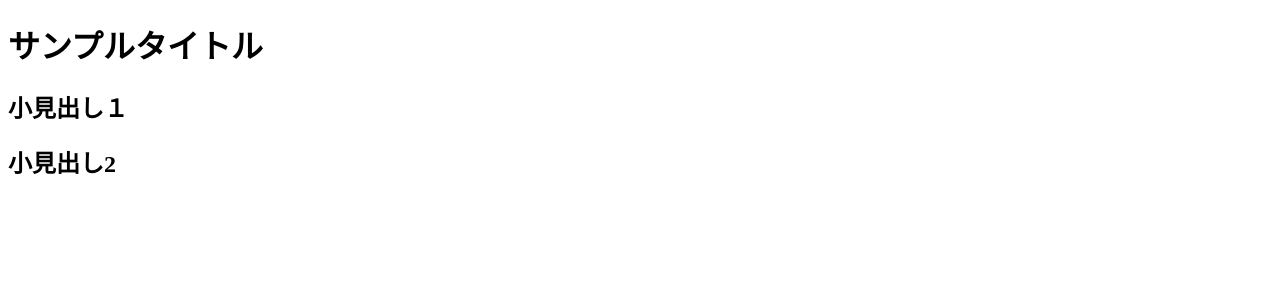
Repository: myojosamurai/Samurai_JS-
Page: javascript1/index9-3.html
The author's editor kept a record of every edit. The page is drawn from the files as they stood at one moment, then again after the next edit.
The browser window is 1280 px wide. The pictures show the whole page.

Above is the page before.

### javascript1/index9-3.html
<!DOCTYPE html>
<html lang="ja">
  <head>
    <meta charset="utf-8">
    <title>9.3 HTML要素を作成する</title>
  </head>
<body>
  <h1>サンプルタイトル</h1>
  <div id="area1"></div>

  <h2>小見出し１</h2>

  <script>
      const h2 = document.createElement('h2');// h2要素の生成
      h2.textContent = '小見出し2';// h2要素にテキストを追加
      //h2.innerHTML='<a href="#">小見出し2</a>'

      document.body.appendChild(h2);// h2要素をdocument.bodyの末尾に追加




  </script>
</body>
</html>

After the next edit:
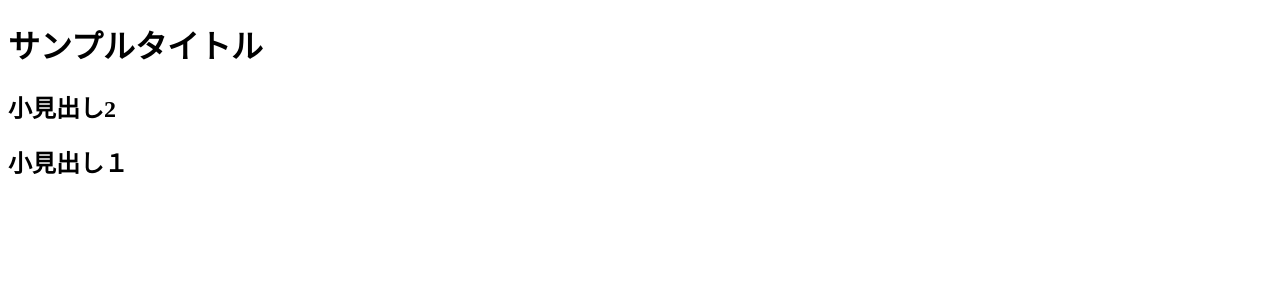
The edit:
--- a/javascript1/index9-3.html
+++ b/javascript1/index9-3.html
@@ -17,7 +17,8 @@
 
       document.body.appendChild(h2);// h2要素をdocument.bodyの末尾に追加
 
-
+      const div_area1 = document.getElementById('area1');
+      div_area1.appendChild(h2);
 
 
   </script>

After the edit that followed:
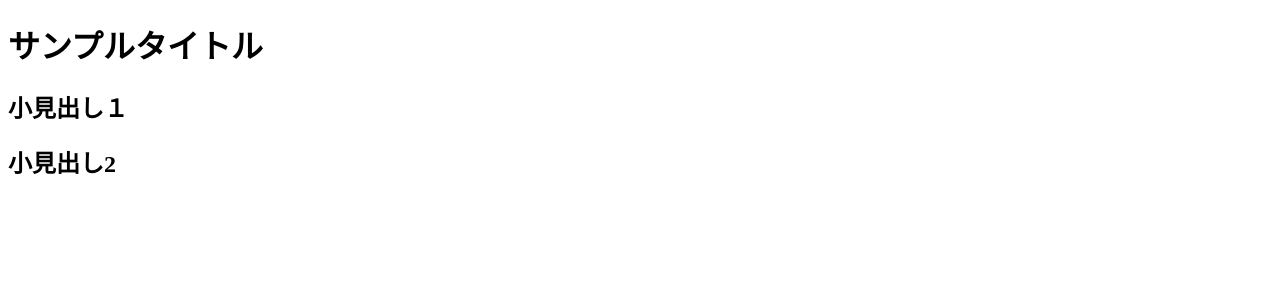
The edit:
--- a/javascript1/index9-3.html
+++ b/javascript1/index9-3.html
@@ -6,9 +6,10 @@
   </head>
 <body>
   <h1>サンプルタイトル</h1>
-  <div id="area1"></div>
 
   <h2>小見出し１</h2>
+
+  <div id="area1"></div>
 
   <script>
       const h2 = document.createElement('h2');// h2要素の生成
